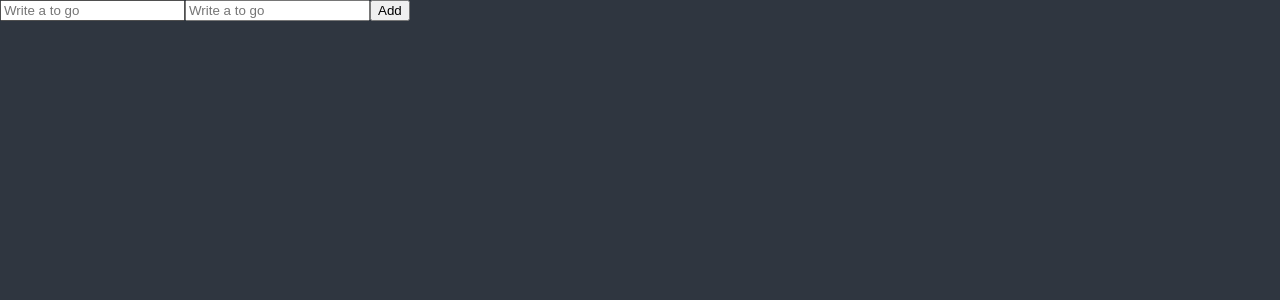
Repository: SeungYn/react-nomad
Page: / (app in recoil-todo/)
An editor plug-in stored every save of this project. The page is shown before and after a run of saves, followed by the edit.
The browser window is 1280 px wide. The pictures show the whole page.
The project was rebuilt for these pictures with package versions that can differ from the ones it lists, and the page was loaded fresh each time.

Above is the page before, as saved 2023-01-07 18:58:22.

### recoil-todo/src/index.tsx
import React from 'react';
import ReactDOM from 'react-dom/client';
import './index.css';
import App from './App';
import reportWebVitals from './reportWebVitals';
import { ThemeProvider } from 'styled-components';
import { darkTheme } from './theme';

const root = ReactDOM.createRoot(
  document.getElementById('root') as HTMLElement
);
root.render(
  <React.StrictMode>
    <ThemeProvider theme={darkTheme}>
      <App />
    </ThemeProvider>
  </React.StrictMode>
);

// If you want to start measuring performance in your app, pass a function
// to log results (for example: reportWebVitals(console.log))
// or send to an analytics endpoint. Learn more: https://bit.ly/CRA-vitals
reportWebVitals();

### recoil-todo/src/App.tsx
import { createGlobalStyle } from 'styled-components';
import ToDoList from './ToDoList';

const GlobalStyle = createGlobalStyle`
  @import url('https://fonts.googleapis.com/css2?family=Source+Sans+Pro:wght@300;400&display=swap');
  html, body, div, span, applet, object, iframe,
h1, h2, h3, h4, h5, h6, p, blockquote, pre,
a, abbr, acronym, address, big, cite, code,
del, dfn, em, img, ins, kbd, q, s, samp,
small, strike, strong, sub, sup, tt, var,
b, u, i, center,
dl, dt, dd, menu, ol, ul, li,
fieldset, form, label, legend,
table, caption, tbody, tfoot, thead, tr, th, td,
article, aside, canvas, details, embed,
figure, figcaption, footer, header, hgroup,
main, menu, nav, output, ruby, section, summary,
time, mark, audio, video {
  margin: 0;
  padding: 0;
  border: 0;
  font-size: 100%;
  font: inherit;
  vertical-align: baseline;
}
/* HTML5 display-role reset for older browsers */
article, aside, details, figcaption, figure,
footer, header, hgroup, main, menu, nav, section {
  display: block;
}
/* HTML5 hidden-attribute fix for newer browsers */
*[hidden] {
    display: none;
}
body {
  line-height: 1;
}
menu, ol, ul {
  list-style: none;
}
blockquote, q {
  quotes: none;
}
blockquote:before, blockquote:after,
q:before, q:after {
  content: '';
  content: none;
}
table {
  border-collapse: collapse;
  border-spacing: 0;
}

*{
  box-sizing: border-box;
}

body {
  font-family: 'Source Sans Pro', sans-serif;
  background-color: ${(props) => {
    console.log(props.theme.bgColor);
    return props.theme.bgColor;
  }};
  color:${(props) => props.theme.textColor}
}

a{
  text-decoration:none;
  color:inherit;
}
`;

function App() {
  return (
    <>
      <GlobalStyle />
      <ToDoList />
    </>
  );
}

export default App;

### recoil-todo/src/theme.ts
import { DefaultTheme } from 'styled-components';

export const darkTheme: DefaultTheme = {
  bgColor: '#2f3640',
  textColor: 'white',
  accentColor: '#9c88ff',
};

### recoil-todo/src/ToDoList.tsx
import React, { useState } from 'react';
import { useForm } from 'react-hook-form';
// function ToDoList() {
//   const [value, setValue] = useState('');
//   const [toDoError, setToDoError] = useState('');
//   const onChange = (e: React.ChangeEvent<HTMLInputElement>) => {
//     setToDoError('');
//     setValue(e.currentTarget.value);
//   };

//   const onSubmit = (e: React.FormEvent<HTMLFormElement>) => {
//     e.preventDefault();
//     console.log(e);
//     if (value.length < 10) {
//       return setToDoError('To do should be longer');
//     }
//     console.log('submit');
//   };

//   return (
//     <div>
//       <form onSubmit={onSubmit}>
//         <input
//           type='text'
//           value={value}
//           onChange={onChange}
//           placeholder='Write a to go'
//         />
//         <button>Add</button>
//         {toDoError !== '' ? toDoError : null}
//       </form>
//     </div>
//   );
// }

function ToDoList() {
  const { register, watch, handleSubmit } = useForm();
  const onValid = (data: any) => {
    console.log(data);
  };

  return (
    <div>
      <form style={{ display: 'flex' }} onSubmit={handleSubmit(onValid)}>
        <input
          {...register('todo', { required: true, minLength: 10 })}
          type='text'
          placeholder='Write a to go'
        />
        <input {...register('Email')} type='text' placeholder='Write a to go' />
        <button>Add</button>
      </form>
    </div>
  );
}

export default ToDoList;

Loaded but not shown: recoil-todo/public/index.html (common file); recoil-todo/src/index.css (common file); recoil-todo/src/reportWebVitals.ts (common file)

After the next 2 saves:
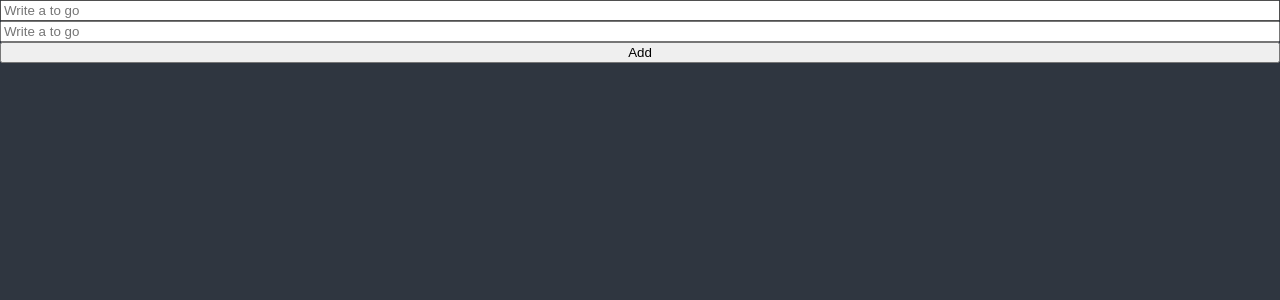
The 2 saves are shown as one change because they came seconds apart.
The last was saved 13 s later.
--- a/recoil-todo/src/ToDoList.tsx
+++ b/recoil-todo/src/ToDoList.tsx
@@ -41,7 +41,10 @@ function ToDoList() {
 
   return (
     <div>
-      <form style={{ display: 'flex' }} onSubmit={handleSubmit(onValid)}>
+      <form
+        style={{ display: 'flex', flexDirection: 'column' }}
+        onSubmit={handleSubmit(onValid)}
+      >
         <input
           {...register('todo', { required: true, minLength: 10 })}
           type='text'
